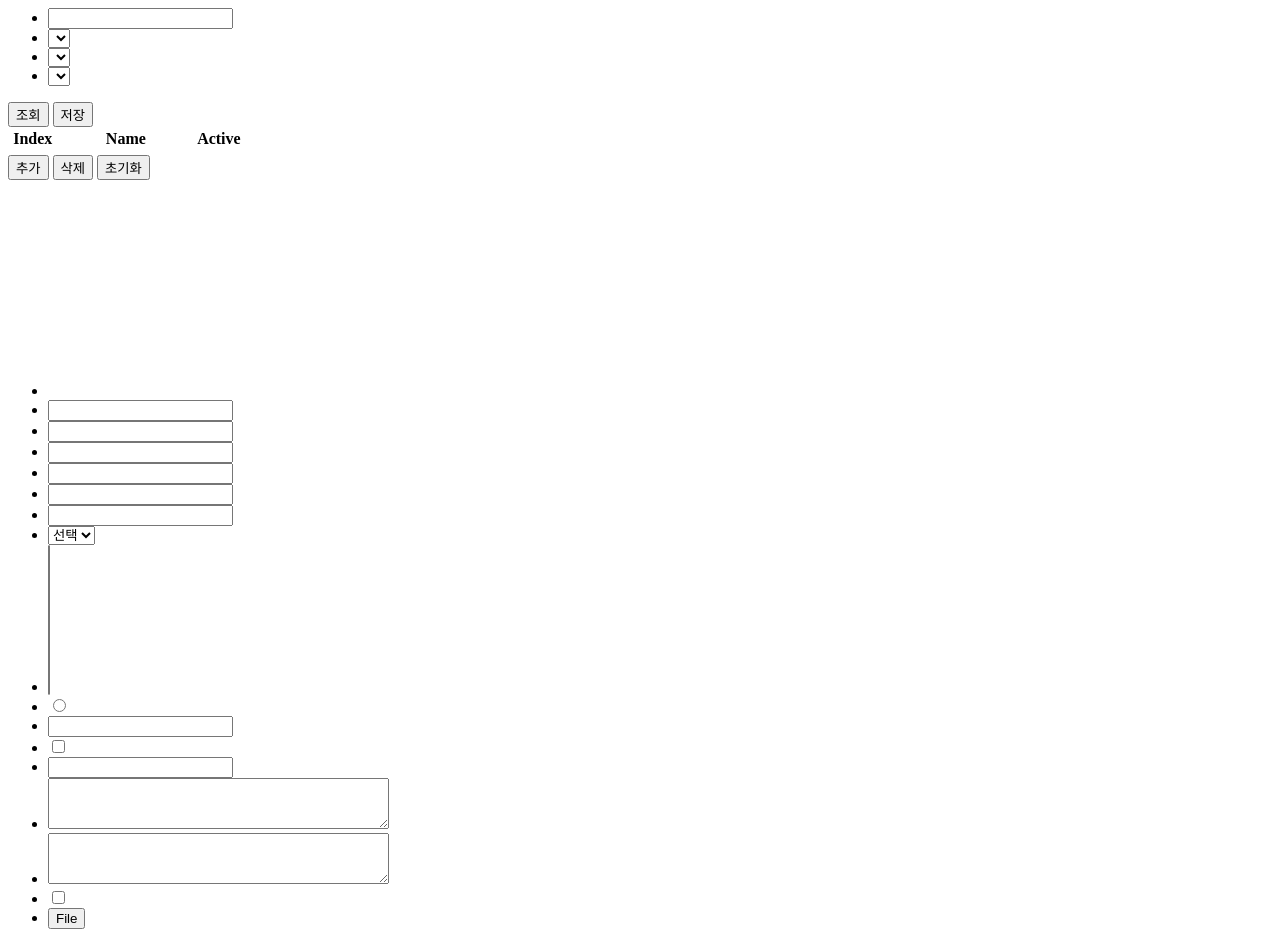
Repository: bbalganjjm/natural_js_boot
Page: src/main/resources/static/html/com/app/sample/type0401.html
An editor plug-in stored every save of this project. The page is shown before and after the next save, followed by the edit.
The browser window is 1280 px wide. The pictures show the whole page.

Above is the page before, as saved 2021-03-18 18:20:57.
Console error: ReferenceError: N is not defined

After the next save:
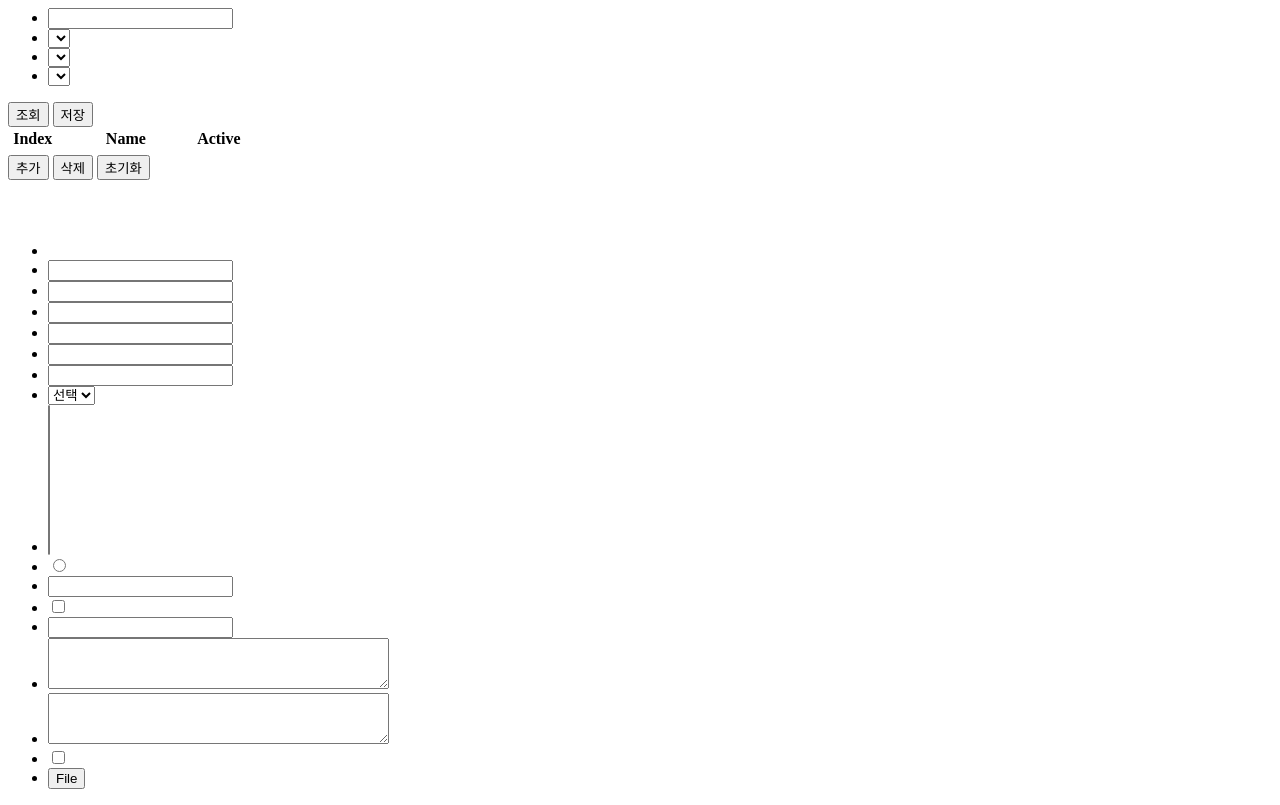
Saved 46 s later.
--- a/src/main/resources/static/html/com/app/sample/type0401.html
+++ b/src/main/resources/static/html/com/app/sample/type0401.html
@@ -47,7 +47,7 @@
             </div>
             <ul id="detail" class="form__">
                 <li>
-                    <img id="picture" height="200">
+                    <img id="picture" height="60">
                 </li>
                 <li>
                     <span><input id="name" type="text" data-validate='[["required"]]' class="mdc-text-field" data-type="filled" data-label="Name"></span>
